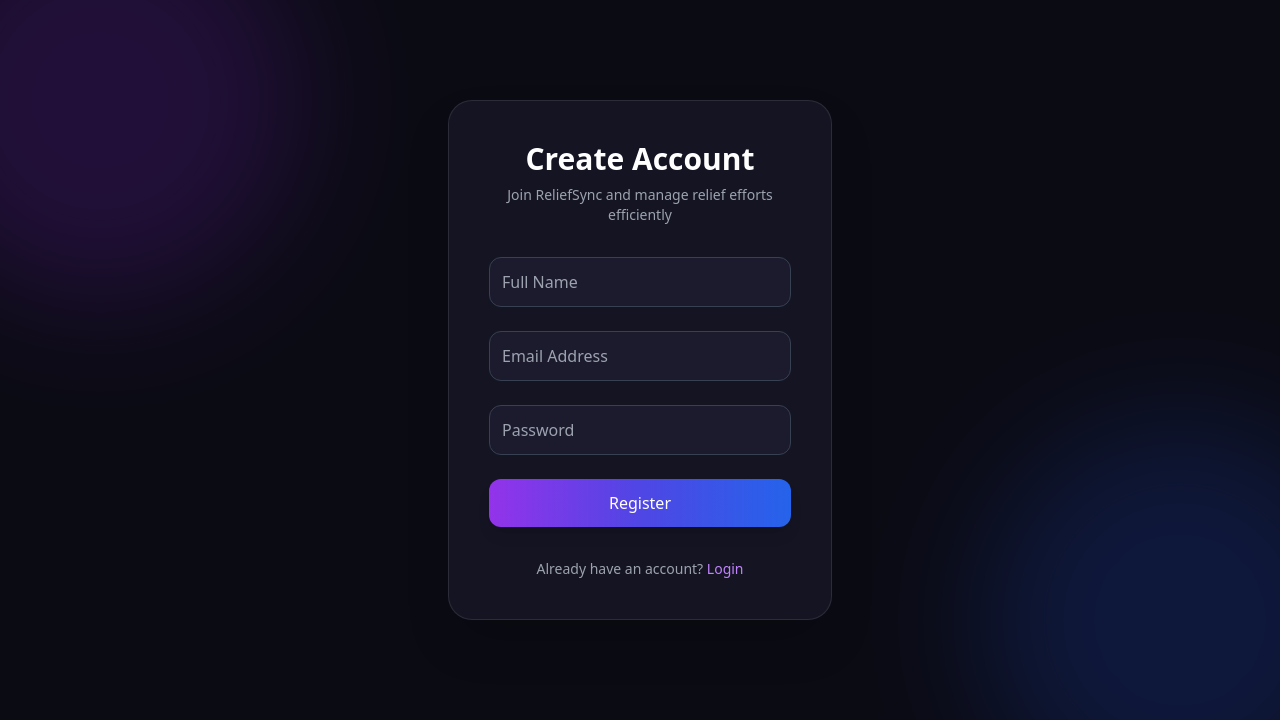
Repository: Gazal1116/Reliefsync
Page: / (app in Frontend/)
These files come from the project's save history. The page is drawn as it stood at one moment and after the next save; the edit follows.
The browser window is 1280 px wide. The pictures show the whole page.
The project was rebuilt for these pictures with package versions that can differ from the ones it lists, and the page was loaded fresh each time. Also part of the build but not shown: Frontend/vite.config.js.

Above is the page before, as saved 2026-03-03 10:44:46.

After the next save:
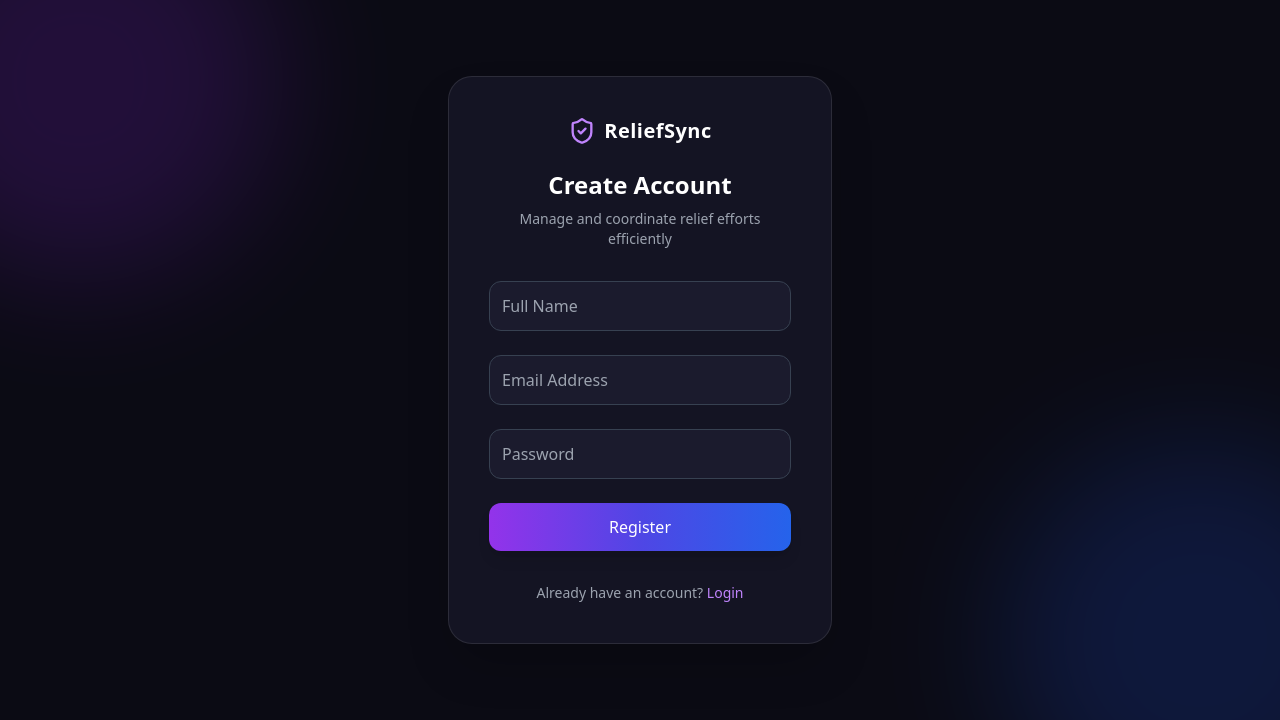
Saved 2 min 3 s later.
--- a/Frontend/src/components/register.jsx
+++ b/Frontend/src/components/register.jsx
@@ -1,4 +1,5 @@
 import { useState } from "react";
+import { ShieldCheck } from "lucide-react";
 
 function Register() {
   const [formData, setFormData] = useState({
@@ -22,19 +23,27 @@
   return (
     <div className="min-h-screen flex items-center justify-center bg-[#0b0b14] relative overflow-hidden">
 
-      {/* Soft Background Glow */}
-      <div className="absolute w-[400px] h-[400px] bg-purple-700 opacity-20 blur-3xl rounded-full top-[-100px] left-[-100px]"></div>
-      <div className="absolute w-[400px] h-[400px] bg-blue-700 opacity-20 blur-3xl rounded-full bottom-[-100px] right-[-100px]"></div>
+      {/* Background Glow */}
+      <div className="absolute w-[400px] h-[400px] bg-purple-700 opacity-20 blur-3xl rounded-full top-[-120px] left-[-120px]"></div>
+      <div className="absolute w-[400px] h-[400px] bg-blue-700 opacity-20 blur-3xl rounded-full bottom-[-120px] right-[-120px]"></div>
 
       {/* Card */}
       <div className="relative z-10 w-full max-w-sm p-10 rounded-3xl bg-[#141423] border border-white/10 shadow-2xl">
 
-        <h2 className="text-3xl font-semibold text-center mb-2 text-white">
+        {/* Branding */}
+        <div className="flex items-center justify-center gap-2 mb-6">
+          <ShieldCheck className="text-purple-400 w-7 h-7" />
+          <h1 className="text-xl font-semibold text-white tracking-wide">
+            ReliefSync
+          </h1>
+        </div>
+
+        <h2 className="text-2xl font-semibold text-center text-white mb-2">
           Create Account
         </h2>
 
         <p className="text-gray-400 text-sm text-center mb-8">
-          Join ReliefSync and manage relief efforts efficiently
+          Manage and coordinate relief efforts efficiently
         </p>
 
         <form onSubmit={handleSubmit} className="space-y-6">
@@ -44,7 +53,9 @@
             name="name"
             placeholder="Full Name"
             onChange={handleChange}
-            className="w-full p-3 rounded-xl bg-[#1b1b2d] text-white border border-gray-700 focus:outline-none focus:ring-2 focus:ring-purple-500 transition"
+            className="w-full p-3 rounded-xl bg-[#1b1b2d] text-white border border-gray-700
+                       focus:outline-none focus:ring-2 focus:ring-purple-500
+                       hover:border-purple-500 transition-all duration-300"
           />
 
           <input
@@ -52,7 +63,9 @@
             name="email"
             placeholder="Email Address"
             onChange={handleChange}
-            className="w-full p-3 rounded-xl bg-[#1b1b2d] text-white border border-gray-700 focus:outline-none focus:ring-2 focus:ring-blue-500 transition"
+            className="w-full p-3 rounded-xl bg-[#1b1b2d] text-white border border-gray-700
+                       focus:outline-none focus:ring-2 focus:ring-blue-500
+                       hover:border-blue-500 transition-all duration-300"
           />
 
           <input
@@ -60,12 +73,17 @@
             name="password"
             placeholder="Password"
             onChange={handleChange}
-            className="w-full p-3 rounded-xl bg-[#1b1b2d] text-white border border-gray-700 focus:outline-none focus:ring-2 focus:ring-purple-500 transition"
+            className="w-full p-3 rounded-xl bg-[#1b1b2d] text-white border border-gray-700
+                       focus:outline-none focus:ring-2 focus:ring-purple-500
+                       hover:border-purple-500 transition-all duration-300"
           />
 
           <button
             type="submit"
-            className="w-full py-3 rounded-xl font-medium text-white bg-gradient-to-r from-purple-600 via-indigo-600 to-blue-600 hover:opacity-90 transition shadow-lg"
+            className="w-full py-3 rounded-xl font-medium text-white
+                       bg-gradient-to-r from-purple-600 via-indigo-600 to-blue-600
+                       hover:scale-[1.02] hover:shadow-purple-500/40
+                       transition-all duration-300 shadow-lg"
           >
             Register
           </button>
